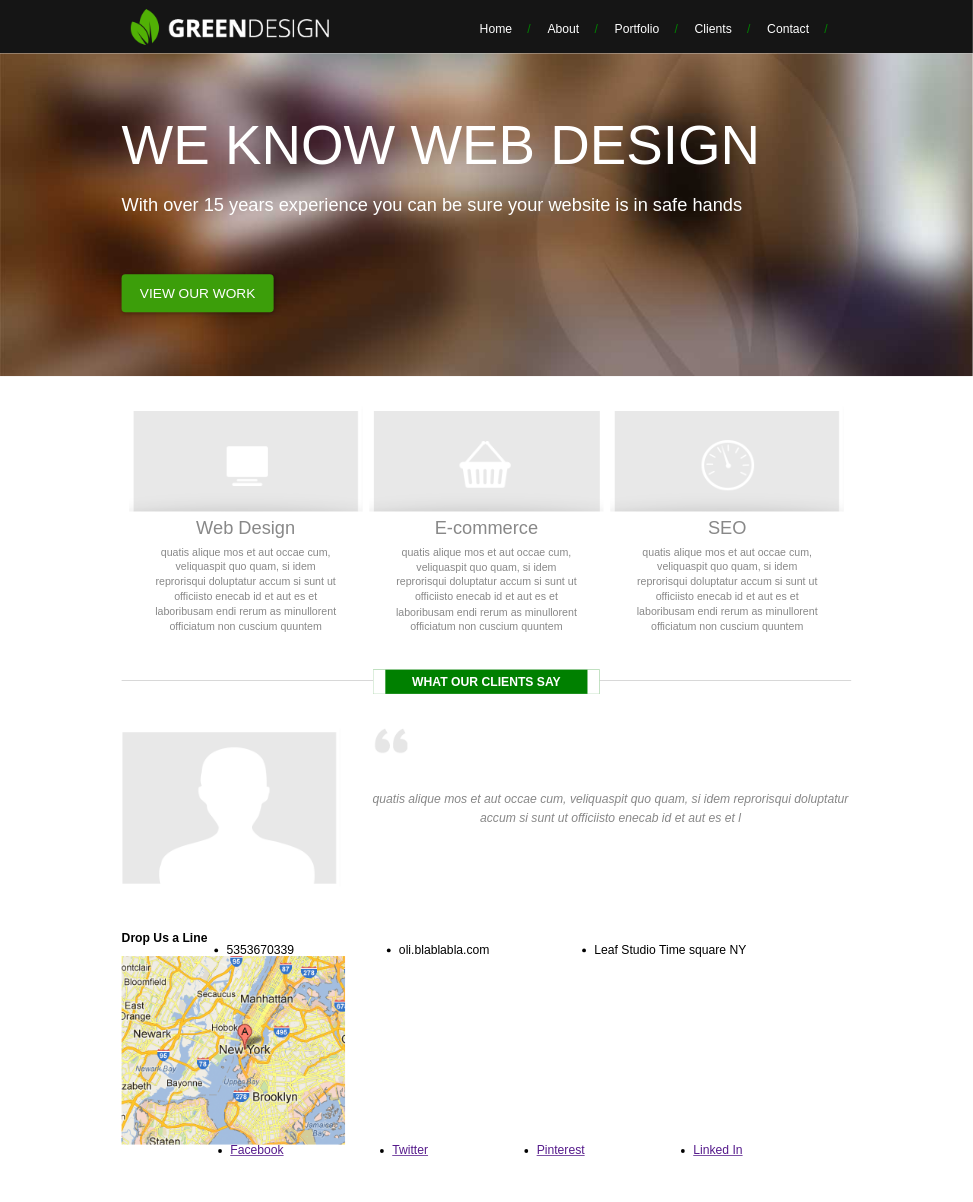
Repository: Piterwk1/psd-to-html
Page: website/index.html
An editor plug-in stored every save of this project. The page is shown before and after the next save, followed by the edit.
The browser window is 1280 px wide. The pictures show the whole page, at 76% of full size.

Above is the page before, as saved 2021-09-14 21:48:14.

After the next save:
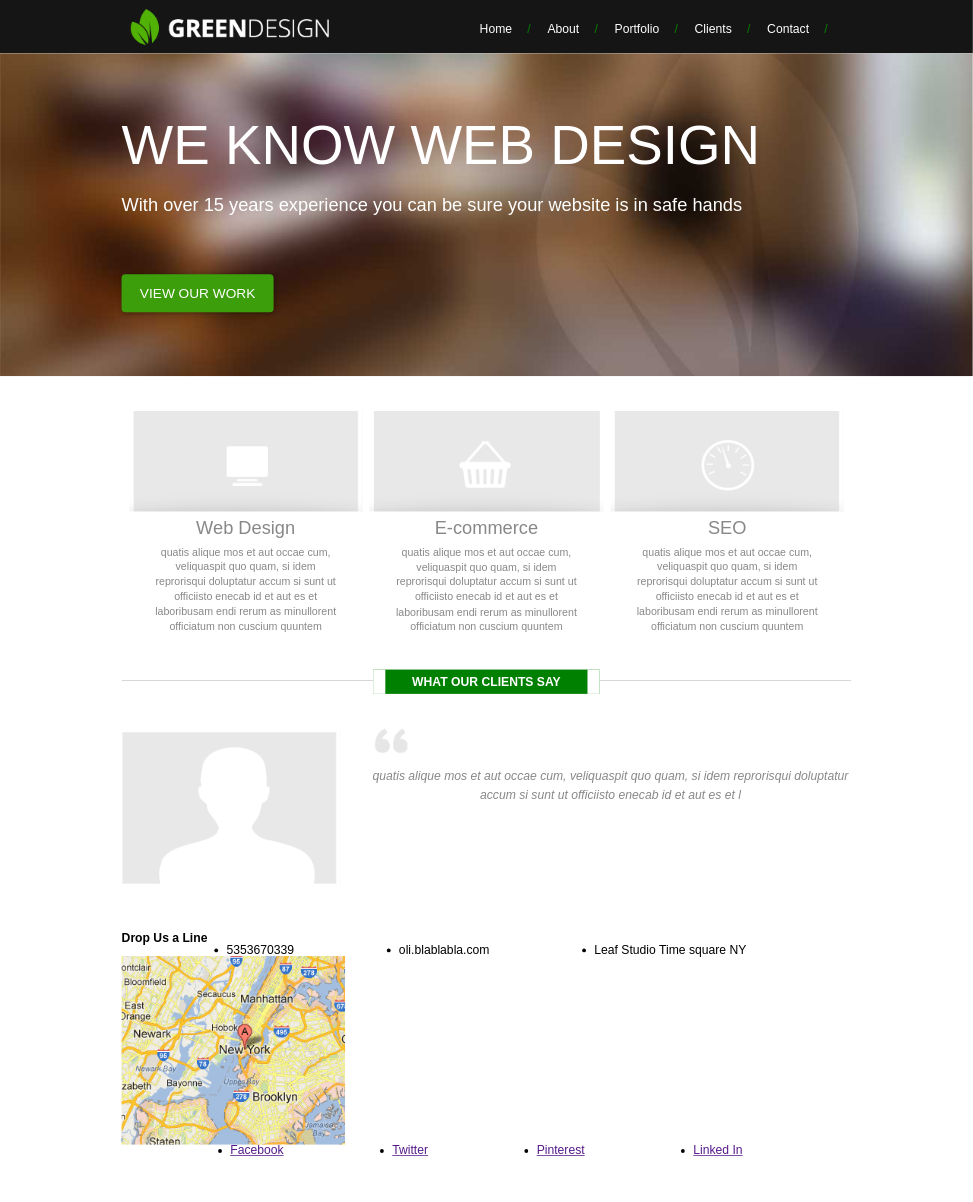
Saved 43 s later.
--- a/website/style.css
+++ b/website/style.css
@@ -355,6 +355,6 @@ border-right: 16px solid #fff;
     font-style: italic;
     line-height: 1.6em;
     color: #888;
-    padding-top: 80px;
+    padding-top: 50px;
     background: url(images/quotes.png) no-repeat;
 }
